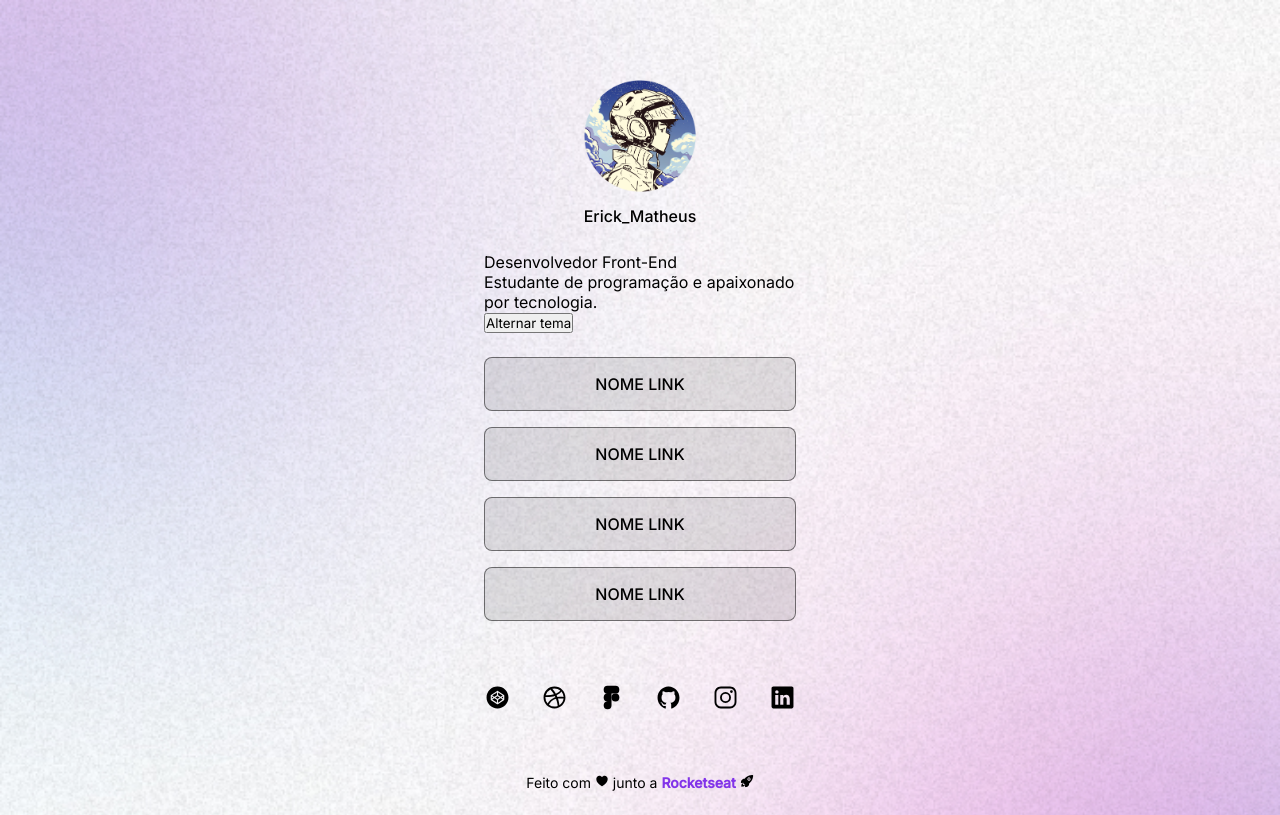
Repository: e-rickmatheus/project_dev_links
Page: index.html
An editor plug-in stored every save of this project. The page is shown before and after a run of saves, followed by the edit.
The browser window is 1280 px wide. The pictures show the whole page.

Above is the page before, as saved 2025-04-03 19:56:48.

After the next 8 saves:
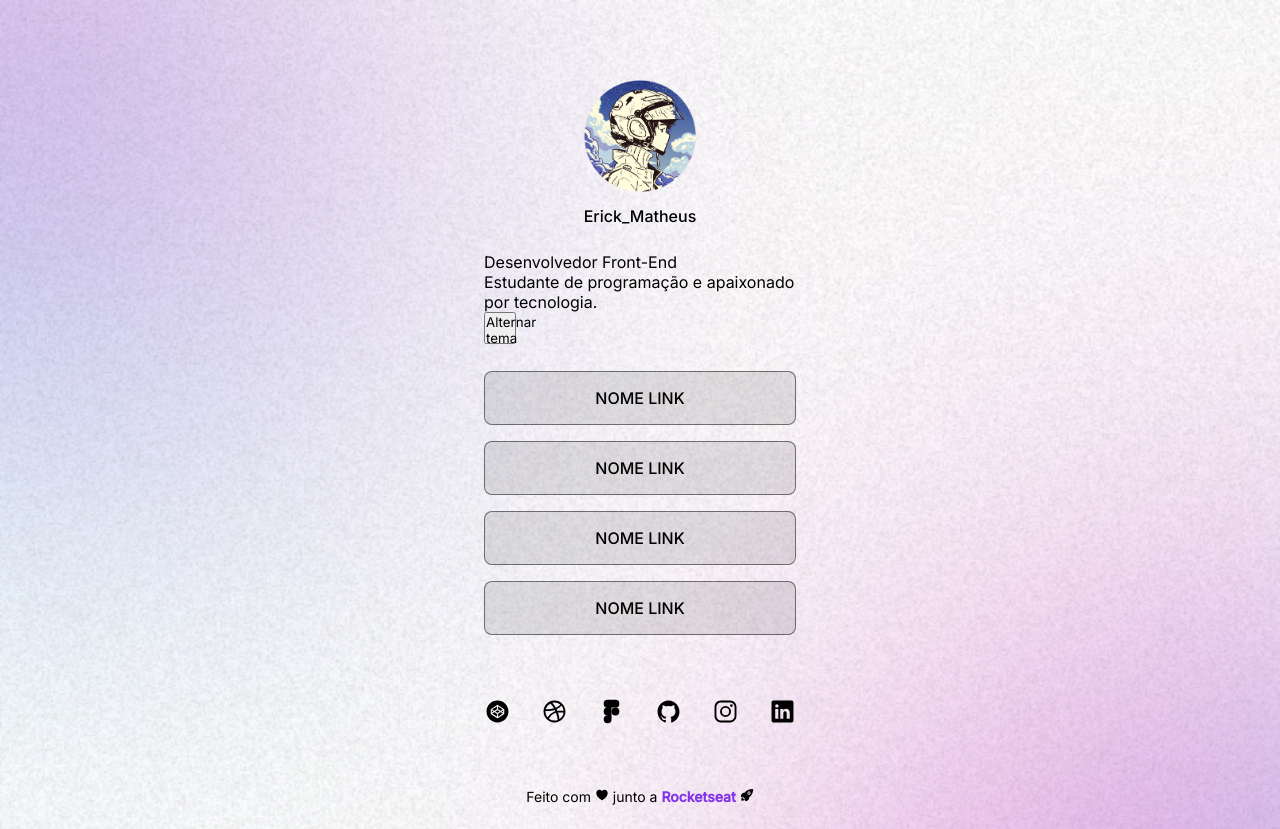
The 8 saves are shown as one change because they came seconds apart.
The last was saved 41 s later.
--- a/style.css
+++ b/style.css
@@ -93,6 +93,8 @@ body * { /* todos os elementos dentro do body */
 
 /*SWITCH*/
 #switch button{
+width: 32px;
+height: 32px;
 
 }
 
